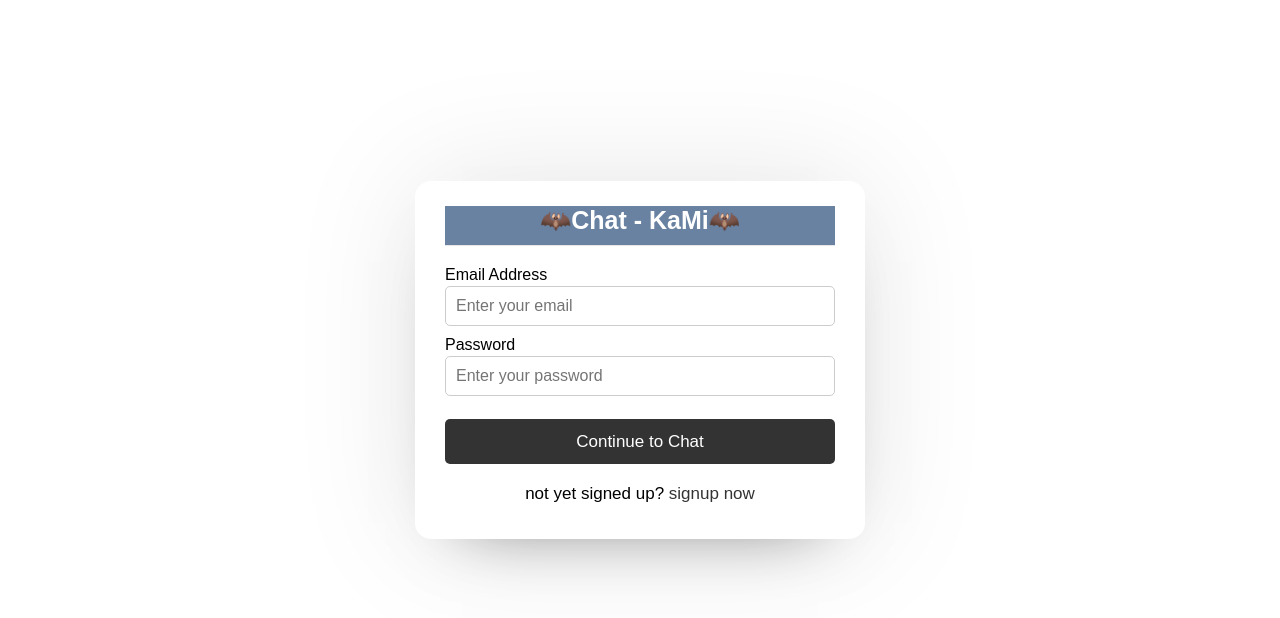
Repository: kananavy/CONQUER
Page: http://localhost/login.php
These files come from the project's save history. The page is drawn as it stood at one moment and after the next save; the edit follows.
The browser window is 1280 px wide. The pictures show the whole page.
The page is run by PHP 8.4 with error messages shown; the project is at /var/www/html/.

Above is the page before, as saved 2023-01-21 09:42:10.

After the next save:
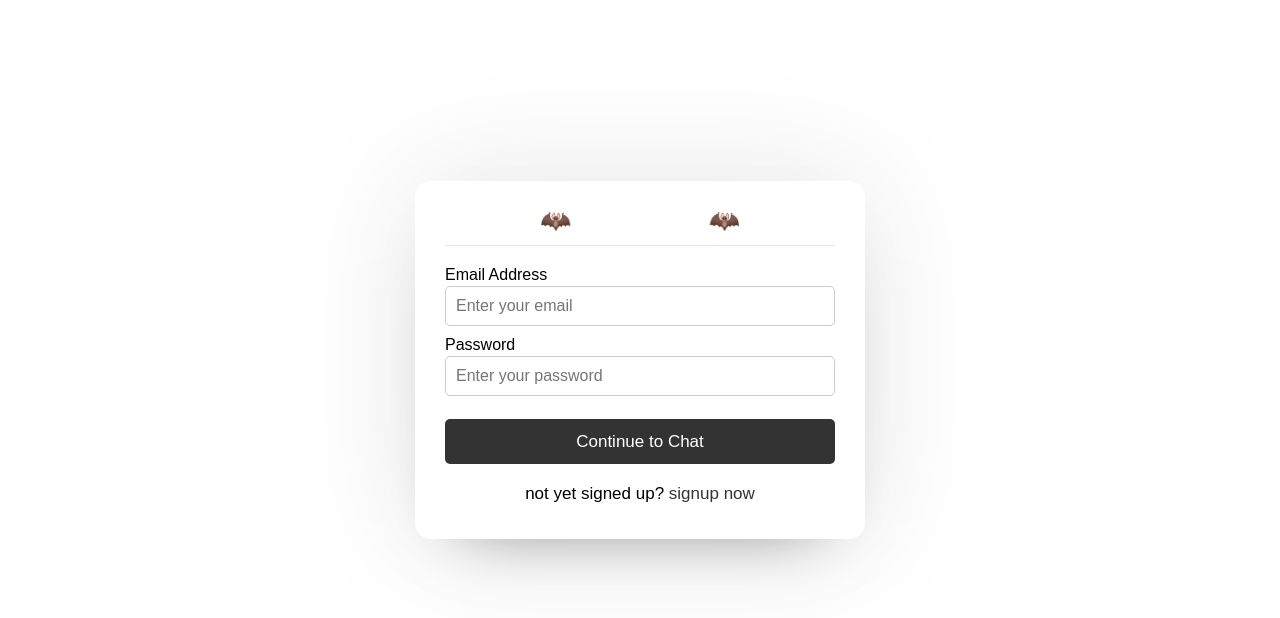
Saved 34 s later.
--- a/chat.css
+++ b/chat.css
@@ -32,7 +32,7 @@
     border-bottom: 1px solid #e6e6e6;
     color: rgb(255, 255, 255);
     text-align: center;
-    background-color: rgba(41, 76, 122, 0.699);
+    background-color: rgba(255, 255, 255, 0.699);
 
 }
 .form form{

After the save that followed:
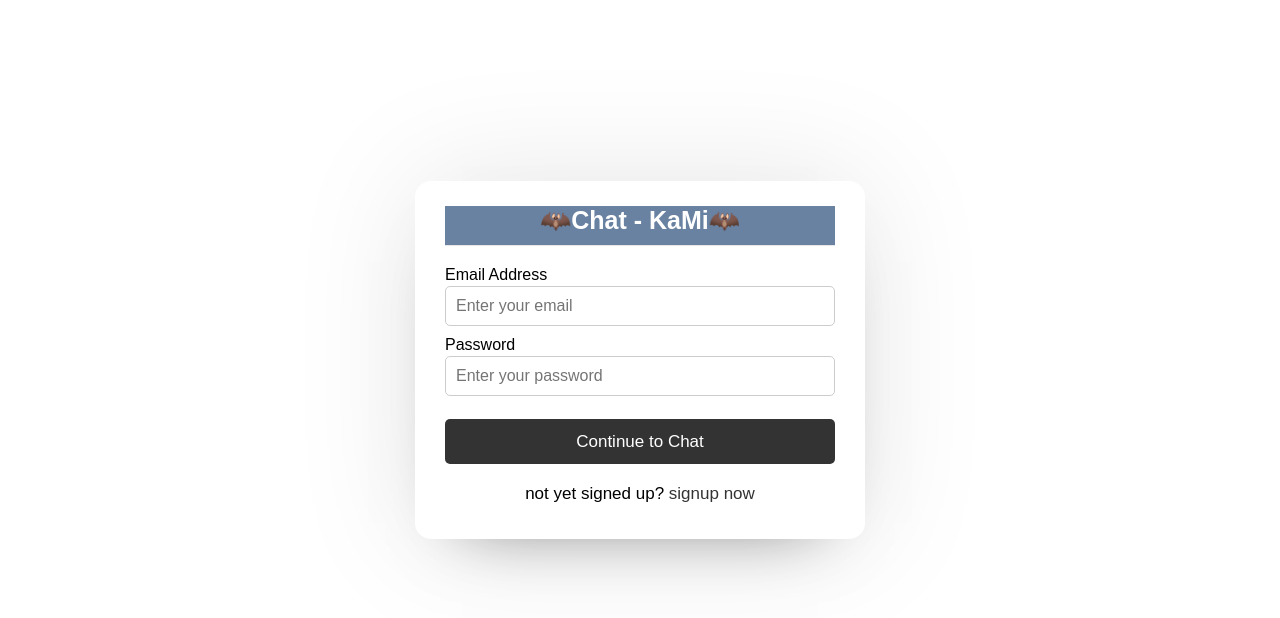
Saved 4 s later.
--- a/chat.css
+++ b/chat.css
@@ -32,7 +32,7 @@
     border-bottom: 1px solid #e6e6e6;
     color: rgb(255, 255, 255);
     text-align: center;
-    background-color: rgba(255, 255, 255, 0.699);
+    background-color: rgba(41, 76, 122, 0.699);
 
 }
 .form form{
